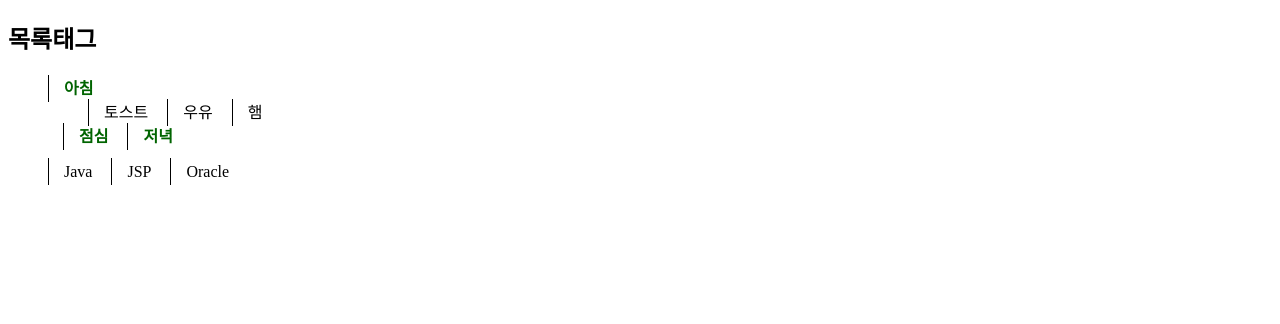
Repository: angelSuho/KCC_Learning_Repo
Page: Html/WebContent/list.html
These files come from the project's save history. The page is drawn as it stood at one moment and after the next save; the edit follows.
The browser window is 1280 px wide. The pictures show the whole page.

Above is the page before, as saved 2024-07-08 02:42:51.

### Html/WebContent/list.html
<!DOCTYPE html>
<html>
<head>
<meta charset="UTF-8">
<title>Insert title here</title>
<style type='text/css'>
	li {
		display: inline;
		padding: 5px 15px;
		border-left: 1px solid #000;
	}

	a {
		text-decoration: none;
		color: darkgreen;
		font-weight: bold;
		fint-size: 18px;
	}
</style>
</head>
<body>
	<h2>목록태그</h2>
	<ul>
		<li><a href="#">아침</a>
			<ul>
				<li>토스트</li>
				<li>우유</li>
				<li>햄</li>
			</ul>
		</li>
		<li><a href="#">점심</a></li>
		<li><a href="#">저녁</a></li>
	</ul>
	<ol>
		<li>Java</li>
		<li>JSP</li>
		<li>Oracle</li>
	</ol>
</body>
</html>

After the next save:
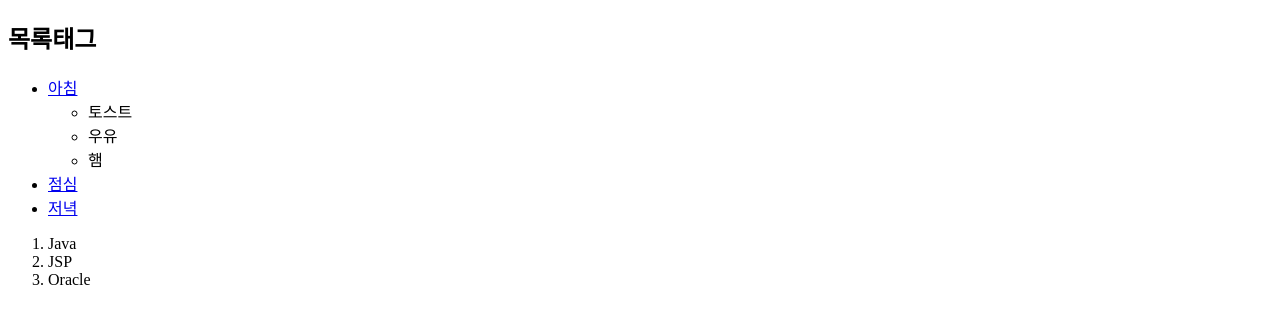
Saved 26 s later.
--- a/Html/WebContent/list.html
+++ b/Html/WebContent/list.html
@@ -4,6 +4,7 @@
 <meta charset="UTF-8">
 <title>Insert title here</title>
 <style type='text/css'>
+/*
 	li {
 		display: inline;
 		padding: 5px 15px;
@@ -16,6 +17,7 @@
 		font-weight: bold;
 		fint-size: 18px;
 	}
+*/
 </style>
 </head>
 <body>
